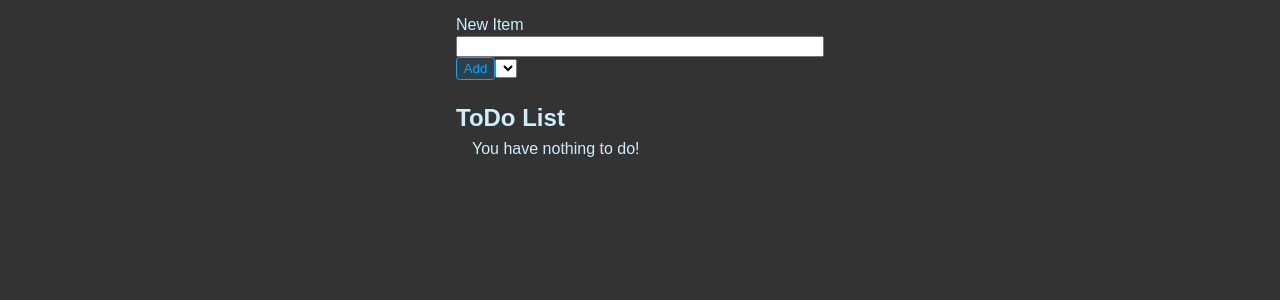
Repository: kemsig/CSFE24
Page: / (app in Week3- Todo/)
The author's editor kept a copy of each file at every save. The page is drawn from the files as they stood at one save, then again after a run of saves.
The browser window is 1280 px wide. The pictures show the whole page.
The project was rebuilt for these pictures with package versions that can differ from the ones it lists, and the page was loaded fresh each time. Also part of the build but not shown: Week3- Todo/vite.config.js.

Above is the page before, as saved 2024-03-07 23:04:49.

### Week3- Todo/src/App.jsx
import { useEffect, useState } from "react"
import "./styles.css"

export default function App(){
  const priority = ["CRITICAL", "Standard", "Flexible"]
  const [newItem, setNewItem] =  useState("")
  const [todos, setTodos] = useState(() => {
    const localValue = localStorage.getItem("ITEMS")
    if (localValue === null) return []
    return JSON.parse(localValue)
  })

  useEffect(() => {
    localStorage.setItem("ITEMS", JSON.stringify(todos))
  }, [todos])

  function handleSubmit(e){
    e.preventDefault()

    setTodos((currentTodos) => {
      return[
        ...currentTodos,
        {id: crypto.randomUUID(), title: newItem, completed: false},
      ]

    })
  }

  function toggleTodo(id, completed){
    setTodos(currentTodos => {
      return currentTodos.map(todo =>{
        if (todo.id === id){
          return { ...todo, completed}
        }
        return todo
      })
    })
  }

  function deleteTodo(id){
    setTodos(currentTodos =>{
      return currentTodos.filter(todo => todo.id !== id)
    })
  }

  return (
  <>
  <form
    onSubmit={handleSubmit}
    className="item-form"
  >
    <div className="form-row">
      <label htmlFor="item">New Item</label>
      <input
        value={newItem}
        onChange={e => setNewItem(e.target.value)}
        type="text"
        id="item"
      />
    </div>
    <button className="btn">Add</button>
    <select className="prioSel"></select>
  </form>

  <h1 className="header">ToDo List</h1>
  <u1 className="list">
    {todos.length === 0 && "You have nothing to do!"}
    {todos.map(todo => {
      return (
        <li key={todo.id}>
          <d1>{priority[0]}</d1>
          <label>
            <input type="checkbox" checked={todo.completed}
              onChange={e => toggleTodo(todo.id, e.target.checked)}/>
            {todo.title}
          </label>

          <button onClick={() => deleteTodo(todo.id)} className="btn btn-danger">Delete</button>
        </li>

      )
    })}

  </u1>
  </>
)
}

Loaded but not shown: Week3- Todo/index.html (common file); Week3- Todo/src/main.jsx (common file); Week3- Todo/src/styles.css (common file)

After the next 2 saves:
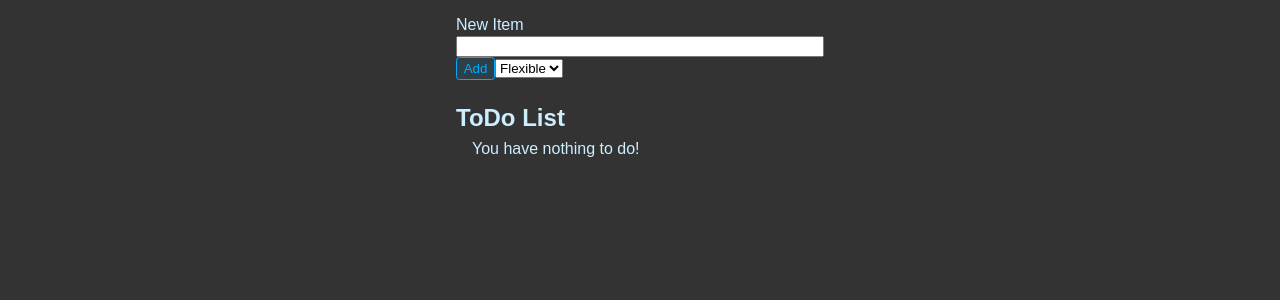
The 2 saves are shown as one change because 1 did not build or start.
The last was saved 44 s later.
--- a/Week3- Todo/src/App.jsx
+++ b/Week3- Todo/src/App.jsx
@@ -59,7 +59,9 @@ export default function App(){
       />
     </div>
     <button className="btn">Add</button>
-    <select className="prioSel"></select>
+    <select className="prioSel">
+      <option value={priority[2]}>Flexible</option>
+    </select>
   </form>
 
   <h1 className="header">ToDo List</h1>
